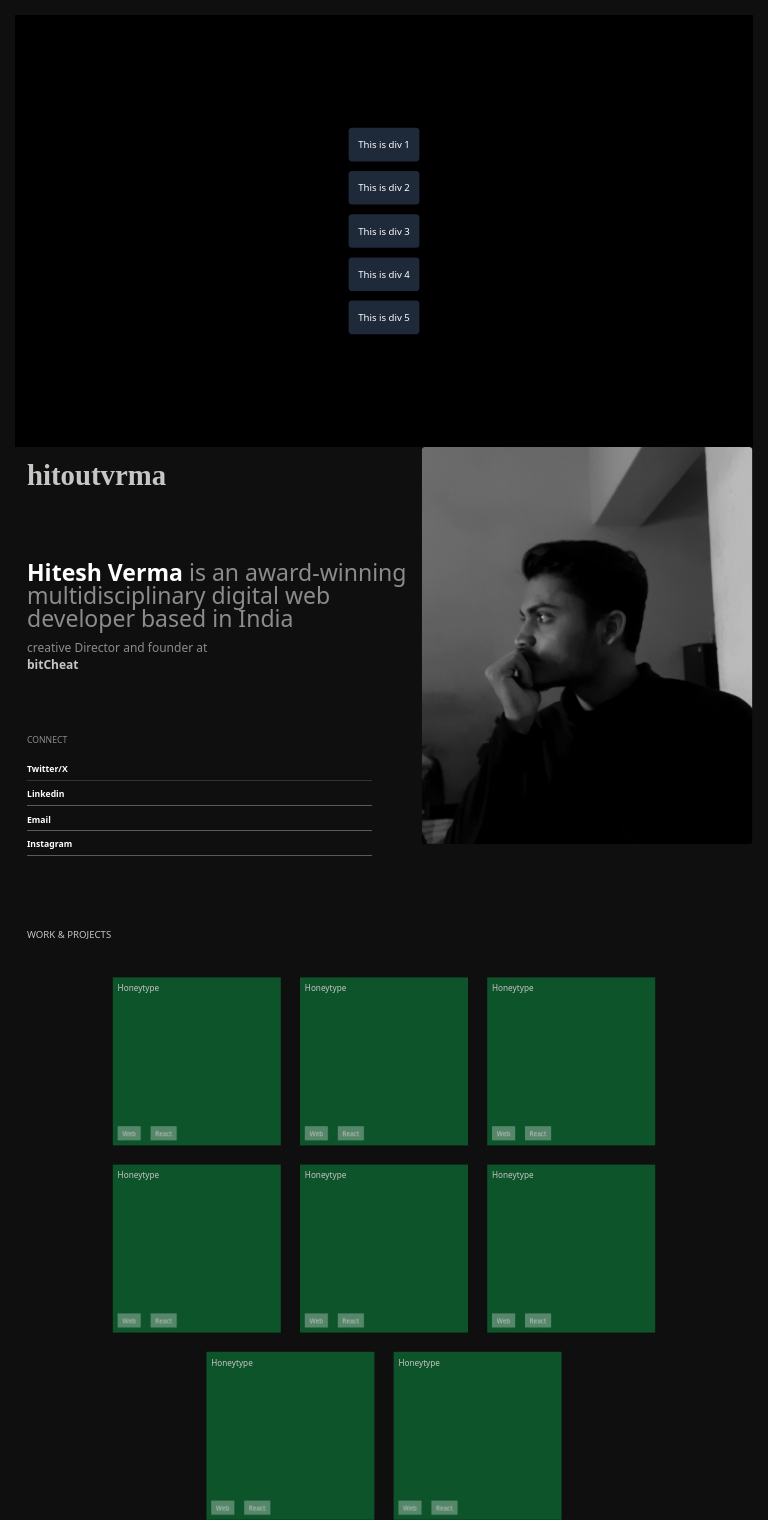
Repository: hitoutvrma/portfolio
Page: /
An editor plug-in stored every save of this project. The page is shown before and after the next save, followed by the edit.
The browser window is 1280 px wide. The pictures show the whole page, at 60% of full size.
The project was rebuilt for these pictures with package versions that can differ from the ones it lists, and the page was loaded fresh each time. Also part of the build but not shown: vite.config.js.

Above is the page before, as saved 2025-03-08 10:56:37.

After the next save:
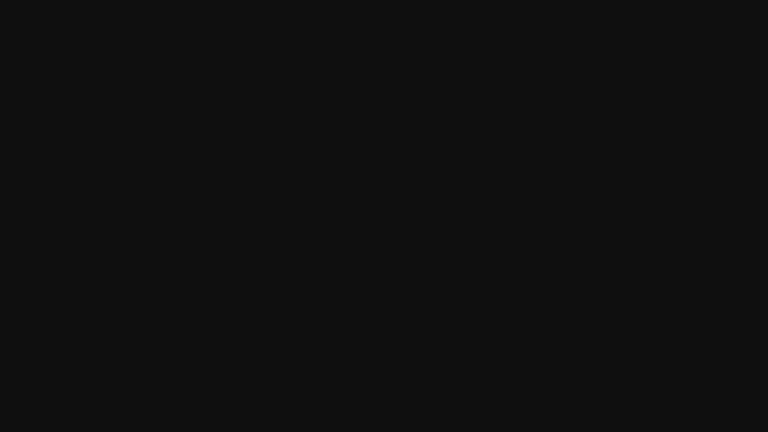
Console error: ReferenceError: index is not defined
Saved 43 s later.
--- a/src/Components/AnimatedParagraph.jsx
+++ b/src/Components/AnimatedParagraph.jsx
@@ -13,7 +13,6 @@
           }
         }}
       >
-        {[...Array(5)].map((_, index) => (
           <motion.div
             key={index}
             className="p-4 bg-gray-800 rounded-md"

After the 3 saves that followed:
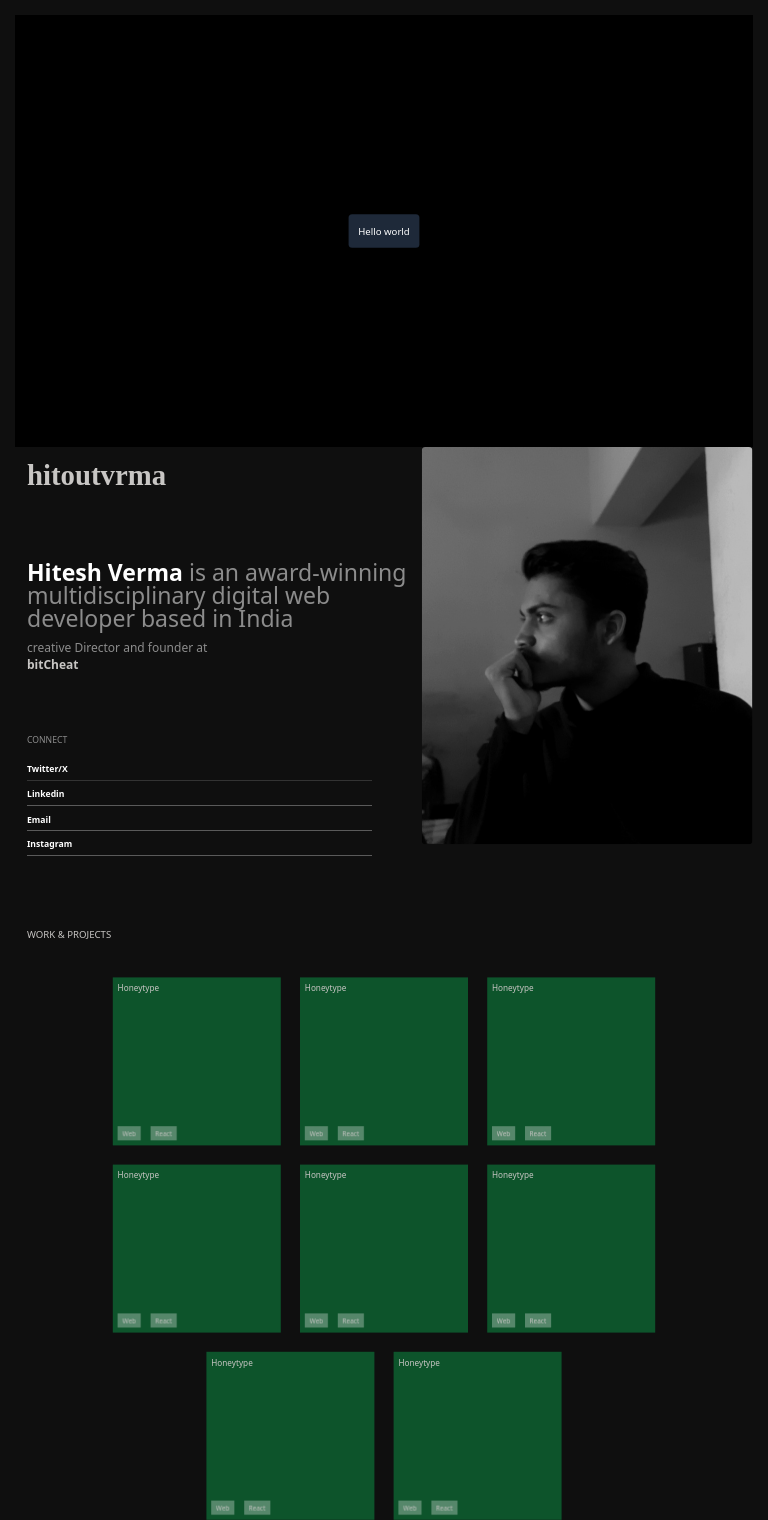
The error is gone.
The 3 saves are shown as one change because 2 left the picture as it was.
The last was saved 20 s later.
--- a/src/Components/AnimatedParagraph.jsx
+++ b/src/Components/AnimatedParagraph.jsx
@@ -14,7 +14,7 @@
         }}
       >
           <motion.div
-            key={index}
+
             className="p-4 bg-gray-800 rounded-md"
             variants={{
               hidden: { opacity: 0, y: 20 }, // Start invisible, slightly lower
@@ -22,9 +22,9 @@
             }}
             transition={{ duration: 0.5, ease: "easeOut" }}
           >
-            This is div {index + 1}
+              Hello world
           </motion.div>
-        ))}
+
       </motion.div>
     </div>
   );
